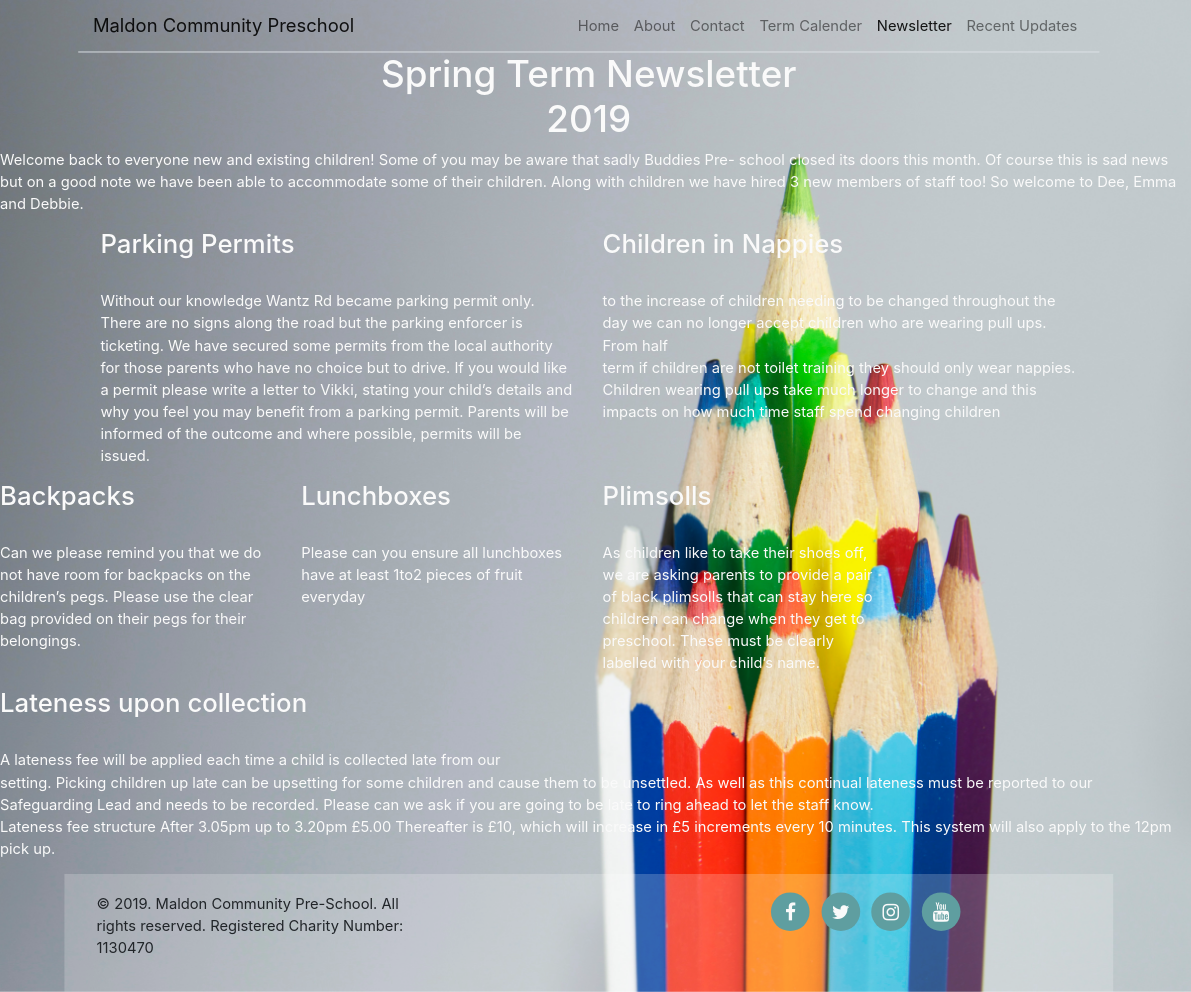
Repository: parkslee/milestone_1
Page: newsletter.html
The author's editor kept a record of every edit. The page is drawn from the files as they stood at one moment, then again after the next edit.
The browser window is 1280 px wide. The page is 1295 px wide, so the pictures cover 1295 px, including what lies to the right of the window. The pictures show the whole page, at 92% of full size.
Some web libraries are served in a nearby version.

Above is the page before.

After the next edit:
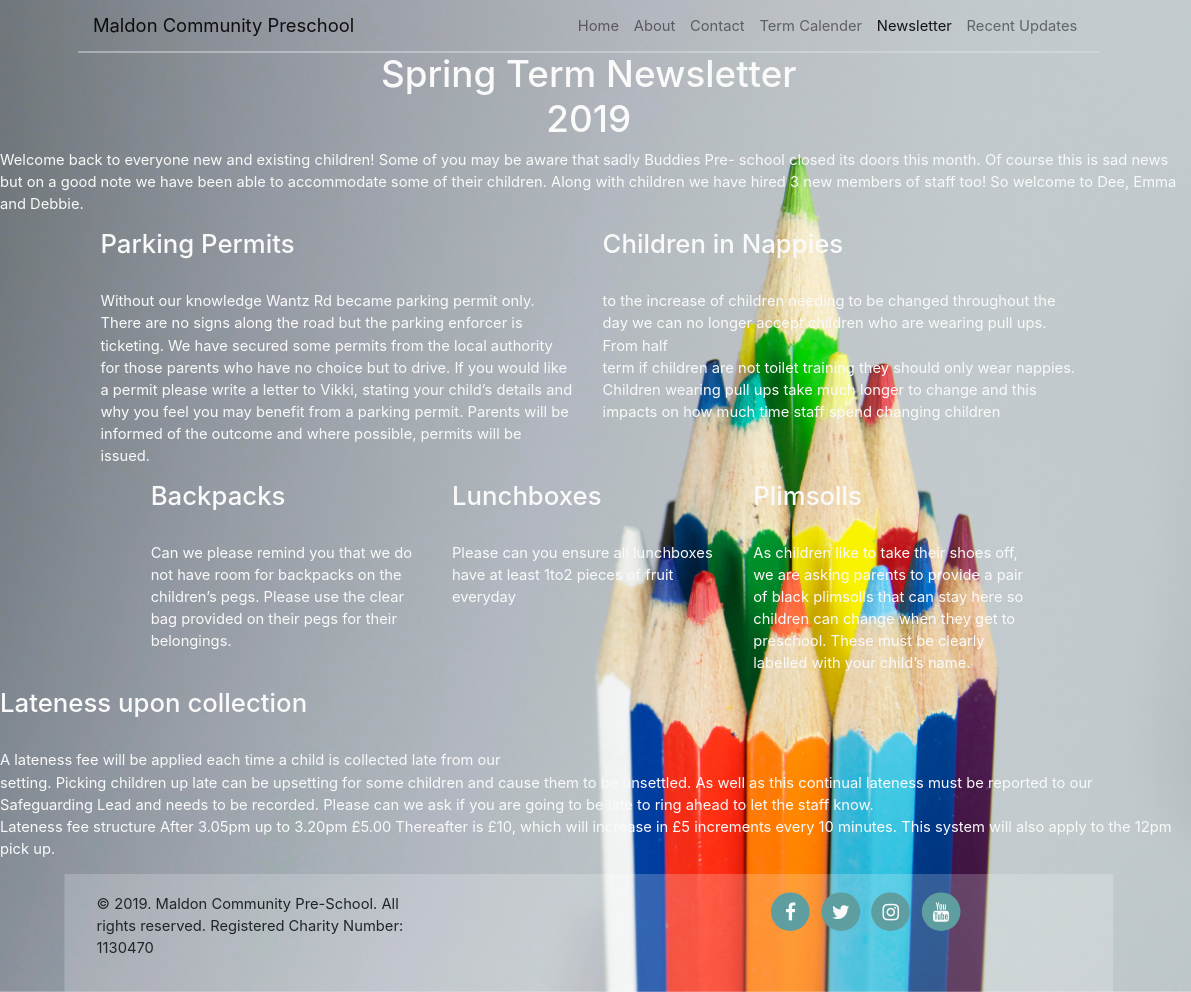
The edit:
--- a/newsletter.html
+++ b/newsletter.html
@@ -128,7 +128,7 @@
 
         </div>
 
-        <div class="row">
+        <div class="row justify-content-center">
             <div class="col-sm-6 col-md-3 newsletter-blocks">
                 <h3>Backpacks</h3>
                 <br>
